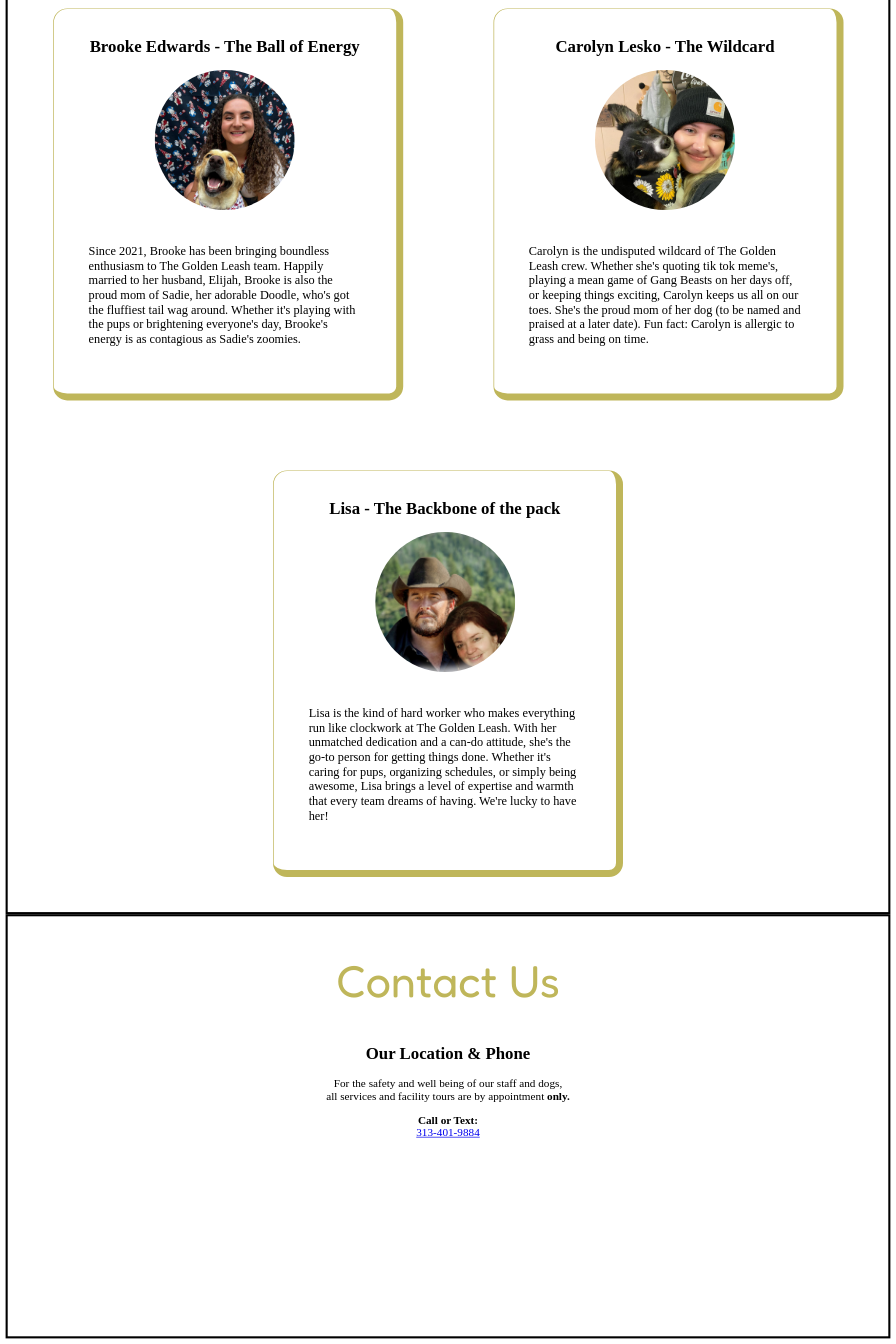
Repository: Aworminator/Thegoldenleash
Page: index.html
The author's editor kept a copy of each file at every save. The page is drawn from the files as they stood at one save, then again after the next save.
The browser window is 1280 px wide. The pictures show the part of the page from y = 2820 to 4740 px (the page is 4740 px tall), at 70% of full size.

Above is the page before, as saved 2025-07-23 22:25:16.

### index.html
<!DOCTYPE html>
<html lang="en">
  <head>
    <meta charset="UTF-8" />
    <meta name="viewport" content="width=device-width, initial-scale=1.0" />
    <title>The Golden Leash</title>
    <link
      rel="stylesheet"
      href="https://cdnjs.cloudflare.com/ajax/libs/font-awesome/6.5.0/css/all.min.css"
      integrity="sha512-..."
      crossorigin="anonymous"
      referrerpolicy="no-referrer"
    />
    <link rel="stylesheet" href="style.css" />
    <link rel="preconnect" href="https://fonts.googleapis.com" />
    <link rel="preconnect" href="https://fonts.gstatic.com" crossorigin />
    <link
      href="https://fonts.googleapis.com/css2?family=Fredoka:wght@300..700&display=swap"
      rel="stylesheet"
    />
  </head>
  <body>
    <section class="home-page">
      <div class="image-container">
        <div>
          <div class="logo-container">
            <img src="./Images/GoldenLeashLogo No Nose.png" class="logo" />
            <img src="./Images/GoldenLeashLogo Nose.png" class="nose" alt="" />
          </div>
        </div>

        <ul class="list">
          <li class="list-item" id="story">Our Story</li>
          <li class="list-item" id="service">Services</li>
          <li class="list-item" id="contact">Contact Us</li>
        </ul>
      </div>
    </section>

    <section class="our-story">
      <h1>Our Story</h1>
      <p class="story-info info">
        Lorem ipsum odor amet, consectetuer adipiscing elit. Aenean quis
        bibendum condimentum mauris primis integer sollicitudin porttitor.
        Blandit condimentum aptent condimentum orci rhoncus pellentesque euismod
        a. Varius imperdiet fermentum aptent mollis sem eu. Mattis ante pharetra
        quisque nam odio nascetur per. Vitae pellentesque massa facilisi
        maecenas ligula felis. Tristique pulvinar iaculis inceptos lectus elit
        fusce. <br /><br />
        Nisl erat purus sem imperdiet varius erat taciti cursus. Leo ante lectus
        potenti lacus viverra senectus commodo fringilla. Imperdiet est
        parturient ornare imperdiet tempor vulputate. Parturient porttitor
        quisque platea turpis vel porta. Torquent feugiat curabitur posuere
        hendrerit ipsum eros vel erat. Aenean netus proin arcu taciti nec
        efficitur ullamcorper.
      </p>
    </section>

    <section class="services">
      <h1>Services</h1>
      <h2 class="clickForInfo">Click for Info</h2>
      <div class="icon-container">
        <i class="fa-solid fa-house icon" id="boarding"></i>
        <i class="fa-solid fa-dog icon" id="daycare"></i>
        <i class="fa-solid fa-paw icon" id="walks"></i>
        <i class="fa-solid fa-bath icon" id="grooming"></i>
      </div>

      <div class="service-info info" id="boarding">
        <h3>Boarding</h3>
        <h3>$75 Per/Night</h3>
        <h3>$80 Per/Night (In Home Boarding)</h3>
        <p>
          At The Golden Leash, our boarding service is truly cage-free—your dog
          enjoys a comfortable, home-like environment 24/7 with no kennels or
          crates. We believe every pup deserves freedom, companionship, and
          personalized attention, so they’re never confined and always part of
          the family. <br /><br />
          For dogs who prefer familiar surroundings, we also offer in-home
          boarding. Our trusted staff can stay at your home, ensuring your dog’s
          routine and comfort are maintained while you’re away. Whether at our
          place or yours, your dog receives loving care, playtime, and
          relaxation—just like they’re at home!
        </p>
      </div>
      <div class="service-info info" id="daycare">
        <h3>Daycare</h3>
        <h3>$35 Full Day (6-9 Hours)</h3>
        <h3>$25 Half Day (3-5 Hours)</h3>
        <p>
          At The Golden Leash, our doggy daycare is a great environment where
          your pup can play, socialize, and relax just like at home. We believe
          dogs thrive when they’re free to interact and explore, so we provide
          supervised group play and plenty of space for every personality.
          <br /><br />
          Our experienced staff ensures each dog’s safety and comfort, offering
          personalized attention throughout the day. Whether your dog loves to
          romp with friends or prefers quiet time, we tailor their experience to
          meet their needs. Give your dog a fun, stress-free day—no cages, just
          care!
        </p>
      </div>
      <div class="service-info info" id="walks">
        <h3>Walks</h3>
        <h3>$25</h3>
        <h4>(Starting at)</h4>
        <p>
          At The Golden Leash, we bring personalized care directly to you! Our
          team will stop by to check on your dog and take them for a walk
          tailored to their needs. Each walk typically lasts around 45 minutes,
          giving your pup plenty of exercise and attention. <br /><br />
          Your dog's safety and well-being are our top priorities. That’s why we
          monitor the weather closely, ensuring your furry friend isn’t exposed
          to unsafe conditions. We avoid walks in temperatures below 28°F, and
          during extreme heat, we’ll adjust walk times to protect your dog’s
          paws from hot sidewalks. Because your dog deserves the very best
          care—rain, shine, or snow!
        </p>
      </div>
      <div class="service-info info" id="grooming">
        <h3>Grooming</h3>
        <h3>$40 Basic Bath</h3>
        <h3>$50 Deshed</h3>
        <h4>(Starting at)</h4>
        <p>
          At The Golden Leash, our grooming service is designed to keep your dog
          looking and feeling their best in a stress-free, cage-free
          environment. We offer baths, brush-outs, nail trims, ear cleaning, and
          more—always tailored to your pup’s needs and comfort. <br /><br />
          Our experienced staff uses gentle techniques and high-quality products
          to ensure a safe, positive experience for every dog. Whether your pup
          needs a quick freshen-up or a full spa treatment, we provide
          personalized care with plenty of love and attention. Book a grooming
          session and let your dog shine!
        </p>
      </div>
    </section>

    <section class="staff">
      <h1>Meet The Staff!</h1>
      <div id="staff-cards"></div>
    </section>

    <section class="contact">
      <h1>Contact Us</h1>
      <h2>Our Location & Phone</h2>
      <div class="address-phone">
        <p>For the safety and well being of our staff and dogs, <br>
           all services and facility tours are by appointment <strong>only.</strong>

      </p>
        <p>
          <strong>Call or Text:</strong><br>
          <a href="tel:+13134019884">313-401-9884</a>
        </p>
    </section>

    <script src="script.js"></script>
  </body>
</html>

### style.css
h1 {
  font-family: "Fredoka", serif;
  font-optical-sizing: auto;
  font-weight: 400; /* Replace <weight> with a valid value */
  font-style: normal;
  color: #bfb65a;
  font-variation-settings: "wdth" 100;
  text-align: center;
  font-size: 4em;
}

/* Everything is looking great, just add paw background repate */

h2 {
  text-align: center;
}

.clickForInfo {
  font-family: "Fredoka", serif;
  color: #bfb65a;
}

.image-container {
  display: flex;
  flex-direction: row;
  justify-content: space-around;
}

.home-page {
  border: black solid 5px;
  min-height: 50vh;
  background-image: linear-gradient(
      rgba(255, 255, 255, 0.4),
      rgba(255, 255, 255, 0.4)
    ),
    url("./Images/Paws.png");
  background-repeat: no-repeat;
  background-position: 80%;
}

@keyframes paws-bg-move {
  0% {
    background-position: 160%;
  }
  25% {
    background-position: 140%;
  }
  50% {
    background-position: 120%;
  }
  75% {
    background-position: 100%;
  }
  100% {
    background-position: 80%;
  }
}

.home-page {
  animation: paws-bg-move 5s;
}

.services,
.staff,
.contact,
.our-story {
  border: black solid 3px;
  min-height: 600px;
}

.logo-container {
  position: relative;
  display: inline-block; /* or block, as needed */
}

.logo {
  display: block;
  width: 100%;
  max-width: 600px;
  height: auto;
}

.nose {
  position: absolute;
  left: 50%;
  top: 50%;
  transform: translate(-50%, -50%);
  width: 100%;
  height: auto;
  animation: nose-move 4s ease-in-out;
}
@keyframes nose-move {
  0% {
    transform: translate(-50%, -50%) scale(1);
  }
  25% {
    transform: translate(-50%, -50%) scale(1.2);
  }
  50% {
    transform: translate(-50%, -50%) scale(1.1);
  }
  75% {
    transform: translate(-50%, -50%) scale(1.2);
  }
  100% {
    transform: translate(-50%, -50%) scale(1);
  }
}

.list {
  font-size: 3em;
  padding: 50px;
}

li {
  font-family: "Fredoka", serif;
  font-optical-sizing: auto;
  font-weight: 400; /* Replace <weight> with a valid value */
  font-style: normal;
  color: #bfb65a;
  font-variation-settings: "wdth" 100;
  font-size: 1.3em;
  margin-bottom: 80px;
  text-shadow: 3px 3px 0px rgba(191, 183, 90, 0.336),
    0 0 16px rgba(191, 182, 90, 0.25);
}

.icon-container {
  display: flex;
  justify-content: center;
}

.icon {
  background-color: #bfb65a;
  width: 100px;
  aspect-ratio: 1 / 1;
  border-radius: 50%;
  display: flex;
  justify-content: center;
  align-items: center;
  font-size: 2em;
  margin: 30px;
}

.icon:hover,
.list-item:hover {
  transform: scale(1.1);
  transition: transform 0.2s;
}

.icon:active,
.list-item:active {
  transform: scale(0.9);
  transition: transform 0.2s;
}

.service-info,
.story-info {
  text-align: center;
  font-size: 1.5rem;
  margin: 100px;
}

.service-info {
  display: none;
  max-width: 1000px;
  /* width: 100%; */
  margin: 80px auto;
  background-color: rgb(229, 229, 229);
  border-radius: 10px;
  padding: 5px;
  animation: slide-fwd-tr 1.3s cubic-bezier(0.25, 0.46, 0.45, 0.94) both;
}

.service-info p {
  max-width: 500px;
  /* width: 1000%; */
  margin: 50px auto;
}

.card {
  width: 100%;
  max-width: 500px;
  border: none;
  border-bottom: 10px solid #bfb65a;
  border-right: 10px solid #bfb65a;
  border-top: 1px solid #bfb65a;
  border-left: 1px solid #bfb65a;
  border-radius: 20px;
  display: flex;
  flex-direction: column;
  justify-content: flex-start;
  align-items: center;
  margin: 50px;
  padding: 20px;
  box-sizing: border-box;
  overflow-wrap: break-word;
  word-wrap: break-word;
}

.profile-pic {
  height: 200px;
  border-radius: 50%;
  object-fit: cover;
  object-position: top;
  width: 200px;
}

.profile-pic:hover {
  transform: scale(1.15);
  transition: transform 0.2s;
}

#staff-cards {
  display: flex;
  flex-direction: row;
  flex-wrap: wrap;
  align-items: center;
  justify-content: space-around;
}

.staff-info {
  padding: 30px;
  font-size: 1.1em;
}

.address-phone {
  text-align: center;
}

@keyframes slide-fwd-tr {
  0% {
    opacity: 0%;
    transform: translateZ(180px) translateY(120px) translateX(-120px);
  }
  100% {
    opacity: 100%;
    transform: translateZ(0px) translateY(0px) translateX(0px);
  }
}

@media (max-width: 900px) {
  .image-container {
    flex-direction: column;
    align-items: center;
  }

  .info {
    font-size: 0.8em;
    width: 50%;
    /* figure out a way to make this wider */
  }

  .icon {
    font-size: 1.4em;
    margin: 15px;
  }

  .staff-info {
    width: 250px;
    font-size: 0.9em;
    overflow: visible;
    padding: 10px;
  }

  .service-info {
    width: 300px;
  }

  .card {
    margin: 20px;
    padding: 20px;
  }

  h1 {
    font-size: 2.5em;
  }

  li {
    font-size: 1em;
  }

  h2 {
    font-size: 1.2em;
    padding: 5px;
  }
}

@media (max-width: 600px) {
  .contact-form {
    padding: 18px 8px 14px 8px;
    max-width: 95vw;
  }
}

/* Contact Form Styles */
.contact-form {
  max-width: 500px;
  margin: 40px auto 0 auto;
  border-radius: 16px;
  box-shadow: 0 4px 24px rgba(191, 182, 90, 0.15);
  padding: 32px 28px 24px 28px;
  display: flex;
  flex-direction: column;
  gap: 18px;
}
.form-group {
  display: flex;
  flex-direction: column;
  gap: 6px;
}
.contact-form label {
  font-size: 1.1em;
  color: black;
  font-weight: 600;
  margin-bottom: 2px;
}
.contact-form input,
.contact-form textarea {
  padding: 10px 12px;
  border: 1.5px solid black;
  border-radius: 8px;
  font-size: 1em;
  font-family: inherit;
  transition: border 0.2s;
}
.contact-form input:focus,
.contact-form textarea:focus {
  outline: none;
  border: 2px solid black;
}
.contact-btn {
  background: #bfb65a;
  color: #fff;
  border: none;
  border-radius: 8px;
  padding: 12px 0;
  font-size: 1.1em;
  font-weight: 700;
  cursor: pointer;
  margin-top: 10px;
  box-shadow: 0 2px 8px rgba(191, 182, 90, 0.12);
  transition: background 0.2s, transform 0.2s;
}
.contact-btn:hover {
  background: #a49e4a;
  transform: translateY(-2px) scale(1.03);
}

### script.js
const staffMembers = [
  {
    name: "Alicia Stamper",
    title: "The top dog",
    image: "./Images/Staff Pictures/Alicia TGL Picture.jpg",
    info: "Alicia has been running The Golden Leash for over six years, and when she's not busy caring for your pups, she's baking up gourmet treats in her own doggy bakery. As the proud mom of Luke (her Hyena-like furball) and Clover (her lovable Black Lab), Alicia knows her way around a tail wag or two. When she's not running the show, you'll find her savoring a hot cup of tea, surrounded by friends and family, and enjoying a well-deserved Saturday chill session.",
  },
  {
    name: "Toni Garnica",
    title: "The partner in paws",
    image: "./Images/Staff Pictures/Toni TGL Picture.jpg",
    info: "Toni joined forces with Alicia in 2020 to make The Golden Leash the bark-tastic business it is today. She's happily married to Alec Garnica, her husband and fellow adventurer, and together they parents of : Obi (their devoted German Shepherd) and their mischievous feline sons, Po (Tuxedo Cat) and Hopper (Black Cat). Toni's all about loving her people, exploring her creative passions, and walking through life with God by her side—usually with Obi in tow.",
  },
  {
    name: "Brooke Edwards",
    title: "The Ball of Energy",
    image: "./Images/Staff Pictures/Brooke TGL Picture.jpg",
    info: "Since 2021, Brooke has been bringing boundless enthusiasm to The Golden Leash team. Happily married to her husband, Elijah, Brooke is also the proud mom of Sadie, her adorable Doodle, who's got the fluffiest tail wag around. Whether it's playing with the pups or brightening everyone's day, Brooke's energy is as contagious as Sadie's zoomies.",
  },
  {
    name: "Carolyn Lesko",
    title: "The Wildcard",
    image: "./Images/Staff Pictures/Carolyn TGL Picture.jpg",
    info: "Carolyn is the undisputed wildcard of The Golden Leash crew. Whether she's quoting tik tok meme's, playing a mean game of Gang Beasts on her days off, or keeping things exciting, Carolyn keeps us all on our toes. She's the proud mom of her dog (to be named and praised at a later date). Fun fact: Carolyn is allergic to grass and being on time.",
  },
  {
    name: "Lisa",
    title: "The Backbone of the pack",
    image: "./Images/Staff Pictures/Lisa and rip Van Winkle.png",
    info: "Lisa is the kind of hard worker who makes everything run like clockwork at The Golden Leash. With her unmatched dedication and a can-do attitude, she's the go-to person for getting things done. Whether it's caring for pups, organizing schedules, or simply being awesome, Lisa brings a level of expertise and warmth that every team dreams of having. We're lucky to have her!",
  },
];

const story = document.querySelector("#story");
const services = document.querySelector("#service");
const contact = document.querySelector("#contact");
const storySection = document.querySelector(".our-story");
const servicesSection = document.querySelector(".services");
const contactSection = document.querySelector(".contact");
const house = document.querySelector(".fa-house");
const dog = document.querySelector(".fa-dog");
const paw = document.querySelector(".fa-paw");
const bath = document.querySelector(".fa-bath");
const serviceInfo = document.querySelector(".service-info");
const boarding = document.querySelector("#boarding");
const grooming = document.querySelector("#grooming");
const walks = document.querySelector("#walks");
const daycare = document.querySelector("#daycare");
const service = document.querySelector(".services");
const staffCards = document.querySelector("#staff-cards");
const iconContainer = document.querySelectorAll(".icon-container i");

let allSections = document.querySelectorAll(".service-info");

// Loop for the list items.

// FIX THIS. Make it go to each section class.
document.querySelectorAll(".list-item").forEach((list) => {
  list.addEventListener("click", () => {
    const targetID = list.id;
    const targetSection = document.getElementById(targetID);

    if (targetSection) targetSection.scrollIntoView({ behavior: "smooth" });
  });
});

story.addEventListener("click", () => {
  storySection.scrollIntoView({ behavior: "smooth" });
});

services.addEventListener("click", () => {
  servicesSection.scrollIntoView({ behavior: "smooth" });
});

contact.addEventListener("click", () => {
  contactSection.scrollIntoView({ behavior: "smooth" });
});

// Loop for the icons.
iconContainer.forEach((icon) => {
  icon.addEventListener("click", () => {
    const sectionId = icon.id;

    allSections.forEach((section) => {
      section.style.display = section.id === sectionId ? "block" : "none";
    });
    const targetSection = document.getElementById(sectionId);
    if (targetSection) targetSection.scrollIntoView({ behavior: "smooth" });
  });
});

staffMembers.forEach((person) => {
  const newCard = document.createElement("div");
  newCard.classList.add("card");
  newCard.innerHTML = `<h2>${person.name} - ${person.title}</h2>
          <img
            src="${person.image}"
            alt="${person.name} Profile-Pic"
            class="profile-pic"
          />
          <p class="staff-info info">
            ${person.info}
          </p>`;
  staffCards.appendChild(newCard);
});

After the next save:
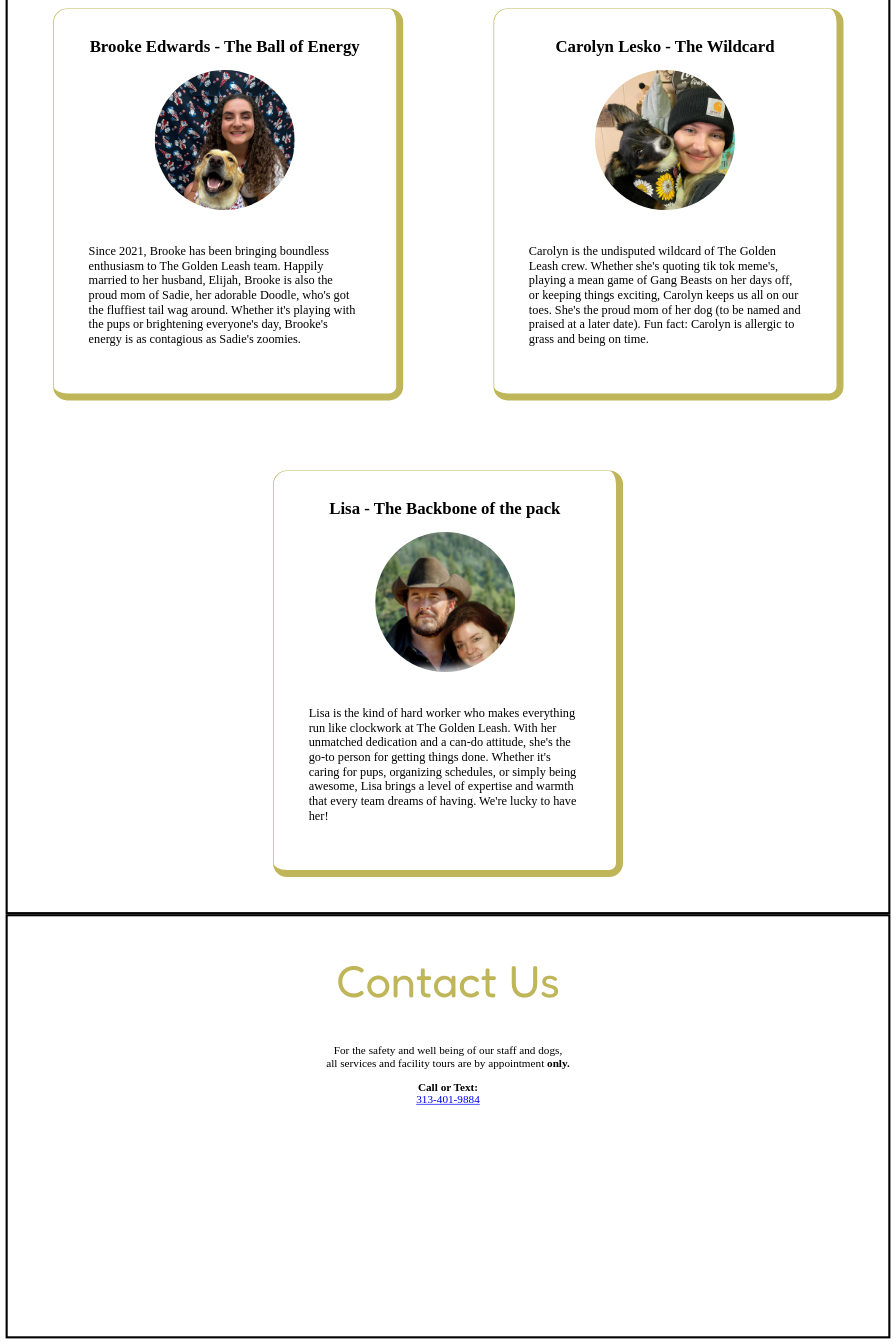
Saved 25 s later.
--- a/index.html
+++ b/index.html
@@ -143,7 +143,6 @@
 
     <section class="contact">
       <h1>Contact Us</h1>
-      <h2>Our Location & Phone</h2>
       <div class="address-phone">
         <p>For the safety and well being of our staff and dogs, <br>
            all services and facility tours are by appointment <strong>only.</strong>
